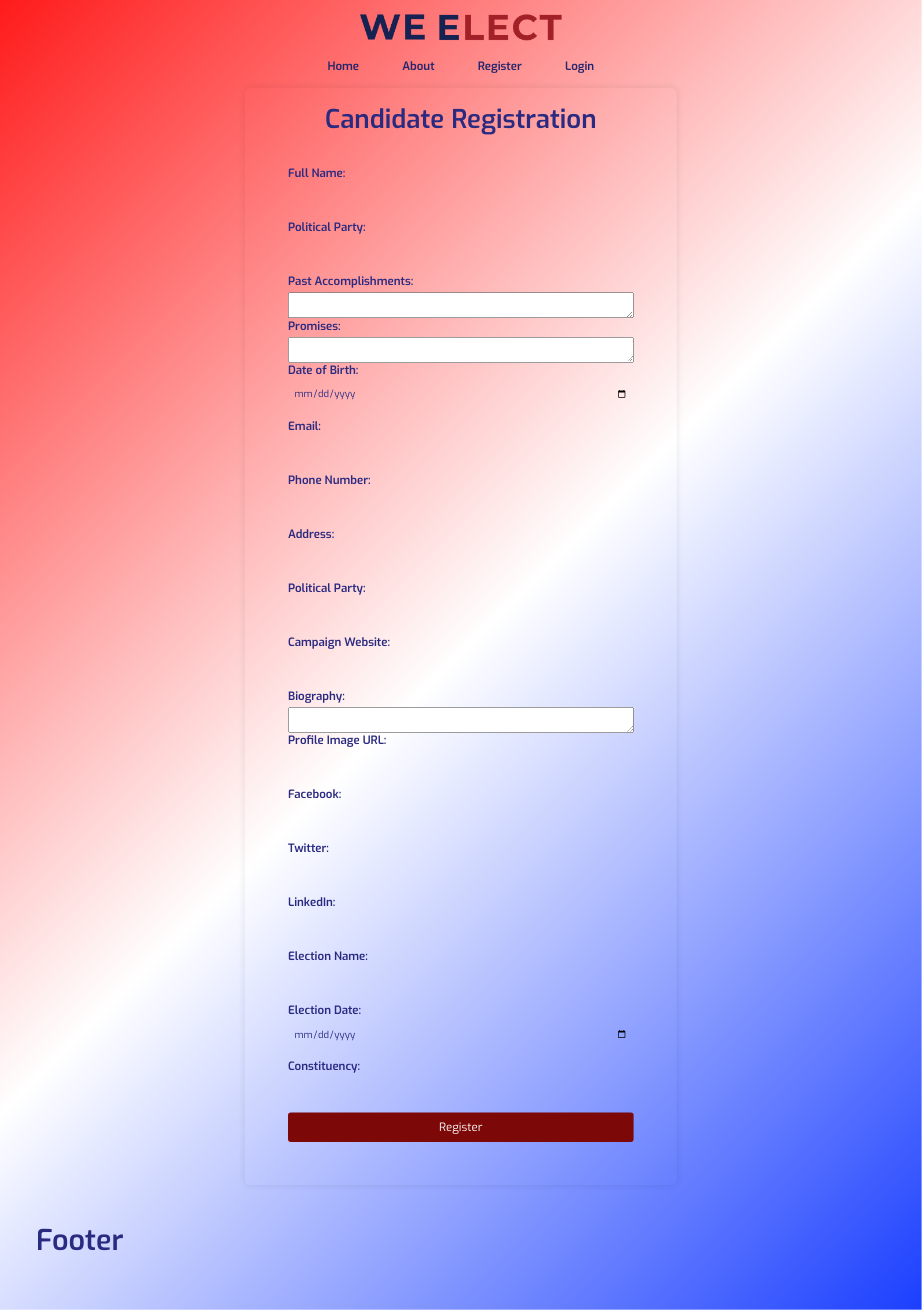
Repository: Bojurie/Register-Foe
Page: /register-candidate (app in my-app/)
These files come from the project's save history. The page is drawn as it stood at one moment and after the next save; the edit follows.
The browser window is 1280 px wide. The pictures show the whole page, at 72% of full size.
Some web fonts or font styles are not loaded; a fallback is used. The project was rebuilt for these pictures with package versions that can differ from the ones it lists, and the page was loaded fresh each time. Also part of the build but not shown: my-app/src/components/TextLink.css, my-app/src/components/TextLink.js, my-app/src/components/FormInput.js, my-app/src/components/LoginForm/LoginForm.js, my-app/src/components/SignIn.js, my-app/src/components/FormTitle.css, my-app/src/components/FormTitle.js, my-app/src/components/signIn-page.js and 20 more.

Above is the page before, as saved 2023-12-21 08:44:49.

### my-app/public/index.html
<!DOCTYPE html>
<html lang="en">
  <head>
    <meta charset="utf-8" />
    <link rel="icon" href="%PUBLIC_URL%/favicon.ico" />
    <meta name="viewport" content="width=device-width, initial-scale=1" />
    <meta name="theme-color" content="#000000" />
    <meta
      name="description"
      content="Web site created using create-react-app"
    />
    <link rel="apple-touch-icon" href="%PUBLIC_URL%/logo192.png" />
    <link rel="manifest" href="%PUBLIC_URL%/manifest.json" />

    <link rel="preconnect" href="https://fonts.googleapis.com">
    <link rel="preconnect" href="https://fonts.gstatic.com" crossorigin>
    <link rel="preconnect" href="https://fonts.googleapis.com">
<link rel="preconnect" href="https://fonts.gstatic.com" crossorigin>
<link rel="preconnect" href="https://fonts.googleapis.com">
<link rel="preconnect" href="https://fonts.gstatic.com" crossorigin>
<link href="https://fonts.googleapis.com/css2?family=Exo:ital,wght@0,400;0,500;0,600;1,500;1,600;1,700&family=GFS+Neohellenic:ital,wght@0,400;0,700;1,400;1,700&family=Roboto:wght@400;500&display=swap" rel="stylesheet">
    <title>React App</title>
  </head>
  <body>
    <noscript>You need to enable JavaScript to run this app.</noscript>
    <div id="root"></div>
    <!--
      This HTML file is a template.
      If you open it directly in the browser, you will see an empty page.

      You can add webfonts, meta tags, or analytics to this file.
      The build step will place the bundled scripts into the <body> tag.

      To begin the development, run `npm start` or `yarn start`.
      To create a production bundle, use `npm run build` or `yarn build`.
    -->
  </body>
</html>

### my-app/src/App.css
/* .App {
  height: 100%;
} */
*{
  margin: 0px;
  padding: 0px;
  font-family: 'Exo', sans-serif;
  color: rgb(42, 42, 128);
}
body{
    background: linear-gradient(135deg, #ff1b1b, #ffffff 50%, #1b3fff);


}
@media only screen and (min-width: 992px){
  h1{
    font-size: 45px;
  }
  h2{
    font-size: 35px;
  }
  h3{
    font-size: 25px;
  }
}

/* font-family: 'Poppins', sans-serif; */

### my-app/src/components/Navbar/Navbar.jsx
import React, { useContext } from "react";
import { Link } from "react-router-dom";
import { motion } from "framer-motion";
import "./Navbar.css";
import LogoLeft from "../images/logo4-2.png";
import LogoRight from "../images/logo5.png";
import LogoutButton from "../LogoutButton";
import { AuthContext } from "../AuthContext/AuthContext.jsx";

const Navbar = () => {
  const { user } = useContext(AuthContext);

  const navbarVariants = {
    hidden: { opacity: 0, y: -50 },
    visible: { opacity: 1, y: 0 },
  };

  const linkVariants = {
    hover: { scale: 1.1 },
    color: "red",
  };

  return (
    <motion.nav
      className="Nav"
      initial="hidden"
      animate="visible"
      variants={navbarVariants}
    >
      <div className="Logo">
        <motion.div
          className="Logo-Left"
          initial={{ x: -100, opacity: 0 }}
          animate={{ x: 0, opacity: 1 }}
          transition={{ duration: 2, ease: "easeInOut" }}
        >
          <img src={LogoLeft} alt="Logo" />
        </motion.div>

        <motion.div
          className="Logo-Right"
          initial={{ x: 100, opacity: 0 }}
          animate={{ x: 0, opacity: 1 }}
          transition={{ duration: 2, ease: "easeInOut" }}
        >
          <img src={LogoRight} alt="Logo" />
        </motion.div>
      </div>
      <ul className="Nav-Links">
        <motion.li whileHover="hover" variants={linkVariants}>
          <Link to="/">Home</Link>
        </motion.li>
        <motion.li whileHover="hover" variants={linkVariants}>
          <Link to="/about">About</Link>
        </motion.li>
        <motion.li whileHover="hover" variants={linkVariants}>
          <Link to="/register">Register</Link>
        </motion.li>
        {user ? (
          <motion.li>
            <LogoutButton />
          </motion.li>
        ) : (
          <motion.li whileHover="hover" variants={linkVariants}>
            <Link to="/login">Login</Link>
          </motion.li>
        )}
      </ul>
    </motion.nav>
  );
};

export default Navbar;

### my-app/src/components/Footer/Footer.jsx
import React from 'react';
import './Footer.css'

function Footer() {
  return (
    <div className='Footer'>
      <h1>Footer</h1>
    </div>
  )
}

export default Footer

### my-app/src/components/CandidateRegistration/CandidateRegistration.js
import React, { useState, useEffect } from "react";
import axios from "axios";
import './CandidateRegistration.css'
import { motion } from "framer-motion";

const CandidateRegistrationForm = () => {
  const [formData, setFormData] = useState({
    fullName: "",
    party: "",
    pastAccomplishments: "",
    promises: "",
    dateOfBirth: "",
    email: "",
    phoneNumber: "",
    address: "",
    politicalParty: "",
    campaignWebsite: "",
    biography: "",
    profileImage: "",
    socialMedia: {
      facebook: "",
      twitter: "",
      linkedin: "",
    },
    electionInfo: {
      electionName: "",
      electionDate: "",
      constituency: "",
    },
  });

  const handleChange = (e) => {
    const { name, value } = e.target;

    if (name.includes("socialMedia")) {
      // Handle social media fields
      const platform = name.split(".")[1];
      setFormData({
        ...formData,
        socialMedia: {
          ...formData.socialMedia,
          [platform]: value,
        },
      });
    } else if (name.includes("electionInfo")) {
      // Handle election info fields
      const field = name.split(".")[1];
      setFormData({
        ...formData,
        electionInfo: {
          ...formData.electionInfo,
          [field]: value,
        },
      });
    } else {
      // Handle other fields
      setFormData({
        ...formData,
        [name]: value,
      });
    }
  };

  const handleSubmit = async (e) => {
    e.preventDefault();

    try {
      // Send the candidate profile data to the server
      await axios.post("/auth/register-candidate", formData);
      alert("Candidate profile created successfully!");
      // Reset the form after successful submission
      setFormData({
        fullName: "",
        party: "",
        pastAccomplishments: "",
        promises: "",
        dateOfBirth: "",
        email: "",
        phoneNumber: "",
        address: "",
        politicalParty: "",
        campaignWebsite: "",
        biography: "",
        profileImage: "",
        socialMedia: {
          facebook: "",
          twitter: "",
          linkedin: "",
        },
        electionInfo: {
          electionName: "",
          electionDate: "",
          constituency: "",
        },
      });
    } catch (error) {
      console.error("Error creating candidate profile:", error);
      alert("Failed to create candidate profile. Please try again.");
    }
  };

  return (
      <motion.div
      initial={{ opacity: 0, y: -20 }}
      animate={{ opacity: 1, y: 0 }}
      exit={{ opacity: 0 }}
      transition={{ duration: 0.5 }}
      className="container mt-4 candidate-form-container"
    >
      <h2>Candidate Registration</h2>
      <form onSubmit={handleSubmit}>
        <label htmlFor="fullName">Full Name:</label>
        <input
          type="text"
          id="fullName"
          name="fullName"
          value={formData.fullName}
          onChange={handleChange}
          required
        />

        <label htmlFor="party">Political Party:</label>
        <input
          type="text"
          id="party"
          name="party"
          value={formData.party}
          onChange={handleChange}
        />

        <label htmlFor="pastAccomplishments">Past Accomplishments:</label>
        <textarea
          id="pastAccomplishments"
          name="pastAccomplishments"
          value={formData.pastAccomplishments}
          onChange={handleChange}
        />

        <label htmlFor="promises">Promises:</label>
        <textarea
          id="promises"
          name="promises"
          value={formData.promises}
          onChange={handleChange}
        />

        <label htmlFor="dateOfBirth">Date of Birth:</label>
        <input
          type="date"
          id="dateOfBirth"
          name="dateOfBirth"
          value={formData.dateOfBirth}
          onChange={handleChange}
        />

        <label htmlFor="email">Email:</label>
        <input
          type="email"
          id="email"
          name="email"
          value={formData.email}
          onChange={handleChange}
        />

        <label htmlFor="phoneNumber">Phone Number:</label>
        <input
          type="tel"
          id="phoneNumber"
          name="phoneNumber"
          value={formData.phoneNumber}
          onChange={handleChange}
        />

        <label htmlFor="address">Address:</label>
        <input
          type="text"
          id="address"
          name="address"
          value={formData.address}
          onChange={handleChange}
        />

        <label htmlFor="politicalParty">Political Party:</label>
        <input
          type="text"
          id="politicalParty"
          name="politicalParty"
          value={formData.politicalParty}
          onChange={handleChange}
        />

        <label htmlFor="campaignWebsite">Campaign Website:</label>
        <input
          type="url"
          id="campaignWebsite"
          name="campaignWebsite"
          value={formData.campaignWebsite}
          onChange={handleChange}
        />

        <label htmlFor="biography">Biography:</label>
        <textarea
          id="biography"
          name="biography"
          value={formData.biography}
          onChange={handleChange}
        />

        <label htmlFor="profileImage">Profile Image URL:</label>
        <input
          type="url"
          id="profileImage"
          name="profileImage"
          value={formData.profileImage}
          onChange={handleChange}
        />

        <label htmlFor="facebook">Facebook:</label>
        <input
          type="url"
          id="facebook"
          name="socialMedia.facebook"
          value={formData.socialMedia.facebook}
          onChange={handleChange}
        />

        <label htmlFor="twitter">Twitter:</label>
        <input
          type="url"
          id="twitter"
          name="socialMedia.twitter"
          value={formData.socialMedia.twitter}
          onChange={handleChange}
        />

        <label htmlFor="linkedin">LinkedIn:</label>
        <input
          type="url"
          id="linkedin"
          name="socialMedia.linkedin"
          value={formData.socialMedia.linkedin}
          onChange={handleChange}
        />

        <label htmlFor="electionName">Election Name:</label>
        <input
          type="text"
          id="electionName"
          name="electionInfo.electionName"
          value={formData.electionInfo.electionName}
          onChange={handleChange}
        />

        <label htmlFor="electionDate">Election Date:</label>
        <input
          type="date"
          id="electionDate"
          name="electionInfo.electionDate"
          value={formData.electionInfo.electionDate}
          onChange={handleChange}
        />

        <label htmlFor="constituency">Constituency:</label>
        <input
          type="text"
          id="constituency"
          name="electionInfo.constituency"
          value={formData.electionInfo.constituency}
          onChange={handleChange}
        />

        <button type="submit">Register</button>
      </form>
    </motion.div>
  );
};

export default CandidateRegistrationForm;

### my-app/src/components/AuthAPI/AuthAPI.jsx
import axios from "axios";
import { setStoredUser, setStoredToken } from "../LocalStorageManager/LocalStorageManager";

const API_BASE_URL = "http://localhost:3001/auth";

export const loginUser = async (formData) => {
  try {
    const { data } = await axios.post(`${API_BASE_URL}/login`, formData);
    const { user, token } = data;

    if (!user || !user.id || !user.username || !token) {
      throw new Error("Invalid user data received");
    }
    setStoredUser(user);
    setStoredToken(token);
    return user;
  } catch (error) {
    console.error("Login failed:", error);

    if (error.response) {
      console.error("Server response:", error.response.data);
    }

    throw error;
  }
};

export const registerUser = async (formData) => {
    try {
    const response = await axios.post(`${API_BASE_URL}/register`, formData);

    if (response.status === 201) {
      console.log("Registration successful:", response.data);
      return { success: true };
    } else {
      throw new Error(response.data.error || "Registration failed");
    }
  } catch (error) {
    console.error("Error registering user:", error);
    throw new Error("An error occurred while registering. Please try again.");
  }
};

### my-app/src/components/LocalStorageManager/LocalStorageManager.jsx
export const setStoredUser = (user) => {
  try {
    localStorage.setItem("user", JSON.stringify(user));
  } catch (error) {
    console.error("Error storing user data in localStorage:", error);
  }
};

export const getStoredUser = () => {
  try {
    const storedUser = localStorage.getItem("user");
    return storedUser ? JSON.parse(storedUser) : null;
  } catch (error) {
    console.error("Error parsing user data from localStorage:", error);
    removeStoredUser(); // Remove corrupted data if any
    return null;
  }
};

export const removeStoredUser = () => {
  try {
    localStorage.removeItem("user");
  } catch (error) {
    console.error("Error removing user data from localStorage:", error);
  }
};

export const setStoredToken = (token) => {
  try {
    localStorage.setItem("token", token);
  } catch (error) {
    console.error("Error storing token in localStorage:", error);
  }
};

export const getStoredToken = () => {
  try {
    return localStorage.getItem("token");
  } catch (error) {
    console.error("Error getting token from localStorage:", error);
    return null;
  }
};

export const removeStoredToken = () => {
  try {
    localStorage.removeItem("token");
  } catch (error) {
    console.error("Error removing token from localStorage:", error);
  }
};

### my-app/src/Pages/LandingPage/LandingPage.css
/* LandingPage.css */
.LandingPage {
  display: flex;
  flex-direction: column;
  align-items: center;
  justify-content: center;
  color: white;
  text-align: center;
  padding: 50px;
}


.LandingLogo {
  margin-bottom: 20px;
  width: 250px; /* Adjust the size of the logo as needed */
  display: flex;
  justify-content: center;
  align-items: center;
}
.LandingLogo img {
  width: 100%;
  height: 100%;
}
h1 {
  font-size: 2.5em;
  margin-bottom: 0.5em;
}

h3 {
  font-size: 1.5em;
  margin-top: 0;
}

/* Responsive Design */
@media (max-width: 768px) {
  h1 {
    font-size: 2em;
  }
  h3 {
    font-size: 1.2em;
  }
}

### my-app/src/components/Navbar/Navbar.css
.Nav {
  display: flex;
  flex-direction: column;
  align-items: center;
  justify-content: space-between;
  height: auto;
  width: 100%;
  padding: 10px;

}
.Logo{
  width: 300px;
  display: flex;
  justify-content: center;
  align-content: center;
}
.Logo-Left{
  padding: 10px;
}
.Logo-Right{
  padding: 10px;
}

.Logo img{
  width: 100%;
}

.Nav-Links {
  display: flex;
  list-style: none;
  padding: 0;
  margin: 10px 0;
}

.Nav-Links a {
  text-decoration: none;
  margin: 0 10px;
  font-weight: 700;
  color: #24256d;
}

### my-app/src/components/Footer/Footer.css
.Footer{
  padding: 50px;
}

### my-app/src/components/CandidateRegistration/CandidateRegistration.css
/* CandidateRegistrationForm.css */

/* Default styles for larger screens */
.container {
  max-width: 600px;
  margin: 0 auto;
}

.candidate-form-container {
  /* background-color: #f7f7f7; */
  padding: 20px;
  border-radius: 8px;
  box-shadow: 0px 0px 10px rgba(0, 0, 0, 0.1);
}

.form-label {
  font-weight: bold;
}

/* Mobile responsiveness */
@media (max-width: 768px) {
  .container {
    max-width: 100%;
  }

  .candidate-form-container {
    padding: 10px;
  }
}

### my-app/src/components/ElectionRegisteration/ElectionRegistration.css
/* ElectionRegistrationForm.css */

/* Default styles for larger screens */
.container {
  max-width: 600px;
  margin: 0 auto;
}

.election-form-container {
  padding: 20px;
  border-radius: 8px;
  box-shadow: 0px 0px 10px rgba(0, 0, 0, 0.1);
}

.form-label {
  font-weight: bold;
}

/* Mobile responsiveness */
@media (max-width: 768px) {
  .container {
    max-width: 100%;
  }

  .election-form-container {
    padding: 10px;
  }
}

### my-app/src/components/Form.css

.register-container {
  /* max-width: 300px;
  margin: auto;
  padding: 20px; */
  width: 100%;
  padding: 0px 100px;
}

h2 {
  text-align: center;
}

form {
  display: flex;
  flex-direction: column;
      padding: 40px;
}

.input-group {
  margin-bottom: 15px;
}

label {
  margin-bottom: 5px;
  font-weight: bold;
}

input {
    padding: 8px;
    border: none;
    border-radius: 4px;
    background-color: transparent;
}

button {
  padding: 10px;
  /* background-color: rgb(7, 4, 72); */
  color: #fff;
  border: none;
  border-radius: 4px;
  cursor: pointer;
  transition: background-color 0.3s;
}

button:hover {
  background-color: #ff0000;
  color:rgb(255, 255, 255);
}

.error {
  color: #ff0000;
  margin: 5px 0px 15px;
}

.success {
  color: #008000;
  margin-top: 5px;
}

### my-app/src/components/Dashboard/Dashboard.css
.Dashboard {
  font-family: 'Digital-7', sans-serif; /* Use a digital font of your choice */
  color: #ffffff;
  padding: 20px;
  display: flex;
  flex-direction: column;
  align-items: center;
  justify-content: center;
  text-align: center;
}

.Middle-Dashboard>SearchBar{
  width: 30%;
}

.Middle-Dashboard {
  display: flex;
  padding: 50px 0px;
  align-items: flex-start;
}
h1 {
  font-size: 2.5rem;
  margin-bottom: 10px;
}

p {
  font-size: 1.2rem;
  margin-bottom: 8px;
}

button {
  background-color: #7d0808;
  color: #ffffff;
  border: none;
  padding: 10px 20px;
  font-size: 1rem;
  cursor: pointer;
  transition: background-color 0.3s ease;
}

button:hover {
  background-color: #1e1e42;
}

.Nav-Links {
  display: flex;
  align-items: center;
  justify-content: center;
}
.Nav-Links a {
  list-style: none;
  padding: 20px;
}

#cube-canvas {
  width: 100%;
  height: 100%;
  position: absolute;
  top: 0;
  left: 0;
  z-index: -1;
  transform: rotateX(45deg) rotateY(45deg);
  perspective: 1000px;
}

/* Add styles for WeatherWidget, ElectionsWidget, and SearchBar as needed */

@media (max-width: 768px) {
  /* Mobile styles */
  h1 {
    font-size: 2rem;
  }

  p {
    font-size: 1rem;
  }

  button {
    padding: 8px 16px;
  }
}

Loaded but not shown: my-app/src/App.js (35 lines, source omitted); my-app/src/index.js (16 lines, source omitted); my-app/src/components/signIn-page.css (212 lines, source omitted); my-app/src/Home.css (187 lines, source omitted); my-app/src/components/AuthContext/AuthContext.jsx (98 lines, source omitted)

After the next save:
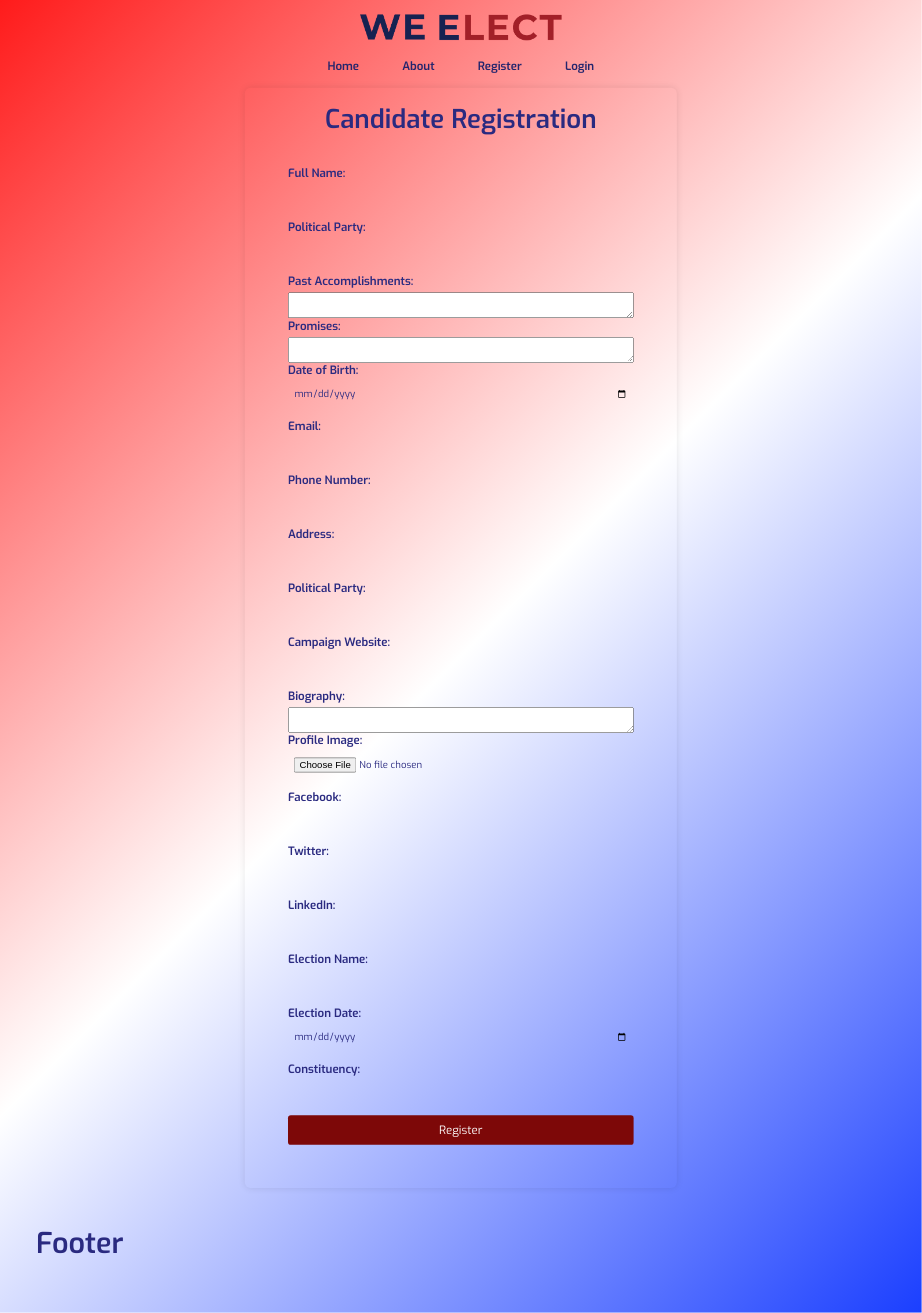
Saved 12 min 57 s later.
--- a/my-app/src/components/CandidateRegistration/CandidateRegistration.js
+++ b/my-app/src/components/CandidateRegistration/CandidateRegistration.js
@@ -16,7 +16,6 @@ const CandidateRegistrationForm = () => {
     politicalParty: "",
     campaignWebsite: "",
     biography: "",
-    profileImage: "",
     socialMedia: {
       facebook: "",
       twitter: "",
@@ -29,6 +28,8 @@ const CandidateRegistrationForm = () => {
     },
   });
 
+  const [profileImage, setProfileImage] = useState(null);
+
   const handleChange = (e) => {
     const { name, value } = e.target;
 
@@ -61,38 +62,33 @@ const CandidateRegistrationForm = () => {
     }
   };
 
+  const handleFileChange = (e) => {
+    const file = e.target.files[0]; // Get the selected file
+    if (file) {
+      setProfileImage(file); // Set the selected file in profileImage state
+    }
+  };
+
   const handleSubmit = async (e) => {
     e.preventDefault();
 
     try {
-      // Send the candidate profile data to the server
-      await axios.post("/auth/register-candidate", formData);
+      const formDataToSend = new FormData();
+      for (const key in formData) {
+        formDataToSend.append(key, formData[key]);
+      }
+
+      // Append the profile image to the FormData object
+      formDataToSend.append("profileImage", profileImage);
+
+      // Send the candidate profile data to the server with the selected file
+      await axios.post("/auth/register-candidate", formDataToSend);
       alert("Candidate profile created successfully!");
       // Reset the form after successful submission
       setFormData({
-        fullName: "",
-        party: "",
-        pastAccomplishments: "",
-        promises: "",
-        dateOfBirth: "",
-        email: "",
-        phoneNumber: "",
-        address: "",
-        politicalParty: "",
-        campaignWebsite: "",
-        biography: "",
-        profileImage: "",
-        socialMedia: {
-          facebook: "",
-          twitter: "",
-          linkedin: "",
-        },
-        electionInfo: {
-          electionName: "",
-          electionDate: "",
-          constituency: "",
-        },
-      });
+        // ... (reset other form fields)
+      });
+      setProfileImage(null); // Reset profileImage state
     } catch (error) {
       console.error("Error creating candidate profile:", error);
       alert("Failed to create candidate profile. Please try again.");
@@ -100,7 +96,7 @@ const CandidateRegistrationForm = () => {
   };
 
   return (
-      <motion.div
+    <motion.div
       initial={{ opacity: 0, y: -20 }}
       animate={{ opacity: 1, y: 0 }}
       exit={{ opacity: 0 }}
@@ -206,13 +202,13 @@ const CandidateRegistrationForm = () => {
           onChange={handleChange}
         />
 
-        <label htmlFor="profileImage">Profile Image URL:</label>
-        <input
-          type="url"
+        <label htmlFor="profileImage">Profile Image:</label>
+        <input
+          type="file"
           id="profileImage"
           name="profileImage"
-          value={formData.profileImage}
-          onChange={handleChange}
+          accept="image/*"
+          onChange={handleFileChange}
         />
 
         <label htmlFor="facebook">Facebook:</label>
